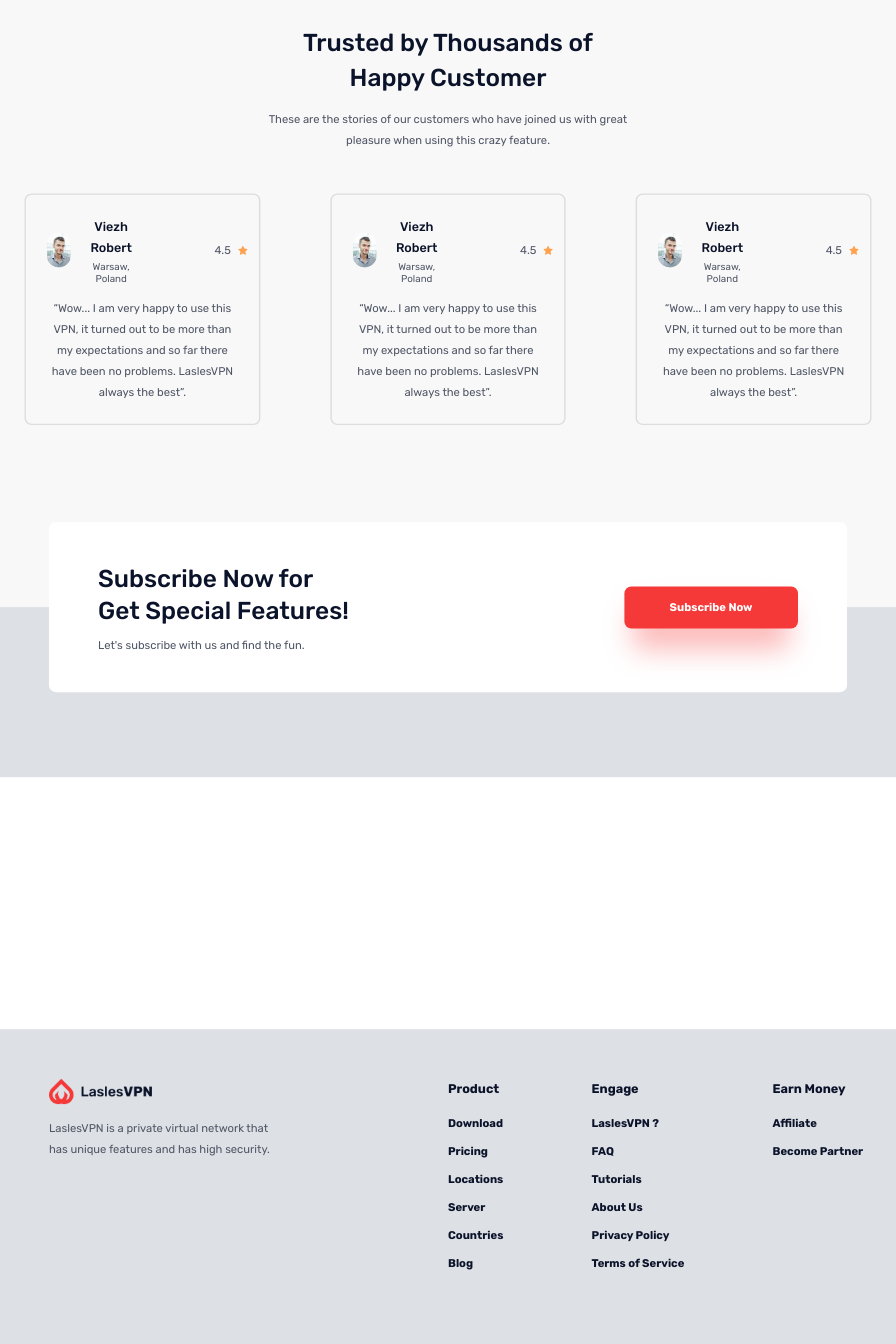
Repository: dangpham205/LaslesVPN-Landing-Page
Page: index.html
An editor plug-in stored every save of this project. The page is shown before and after the next save, followed by the edit.
The browser window is 1280 px wide. The pictures show the part of the page from y = 3716 to 5636 px (the page is 5636 px tall), at 70% of full size.
Some web libraries are served in a nearby version.

Above is the page before, as saved 2022-07-21 09:18:49.

After the next save:
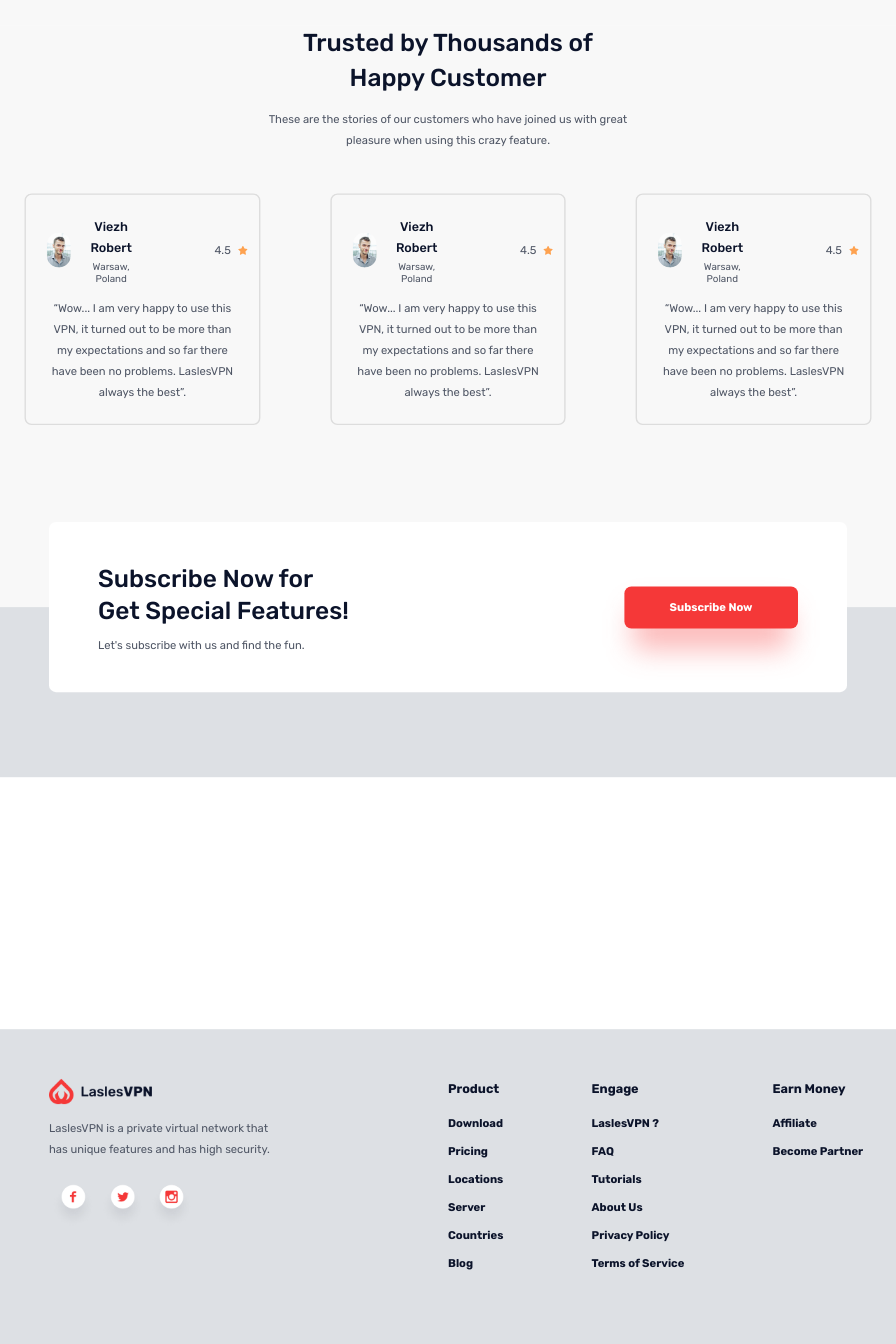
Saved 58 s later.
--- a/index.html
+++ b/index.html
@@ -369,6 +369,11 @@
                         <div class="footer__image">
                             <img src="" alt="" srcset="./assets/img/footer_logo.png 2x">
                             <p class="footer__desc">LaslesVPN is a private virtual network that has unique features and has high security.</p>
+                            <div class="footer__contacts">
+                                <img src="" alt="" srcset="./assets/img/fb.png 2x">
+                                <img src="" alt="" srcset="./assets/img/tw.png 2x">
+                                <img src="" alt="" srcset="./assets/img/ins.png 2x">
+                            </div>
                         </div>
                     </div>
                     <div class="footer__menu">
